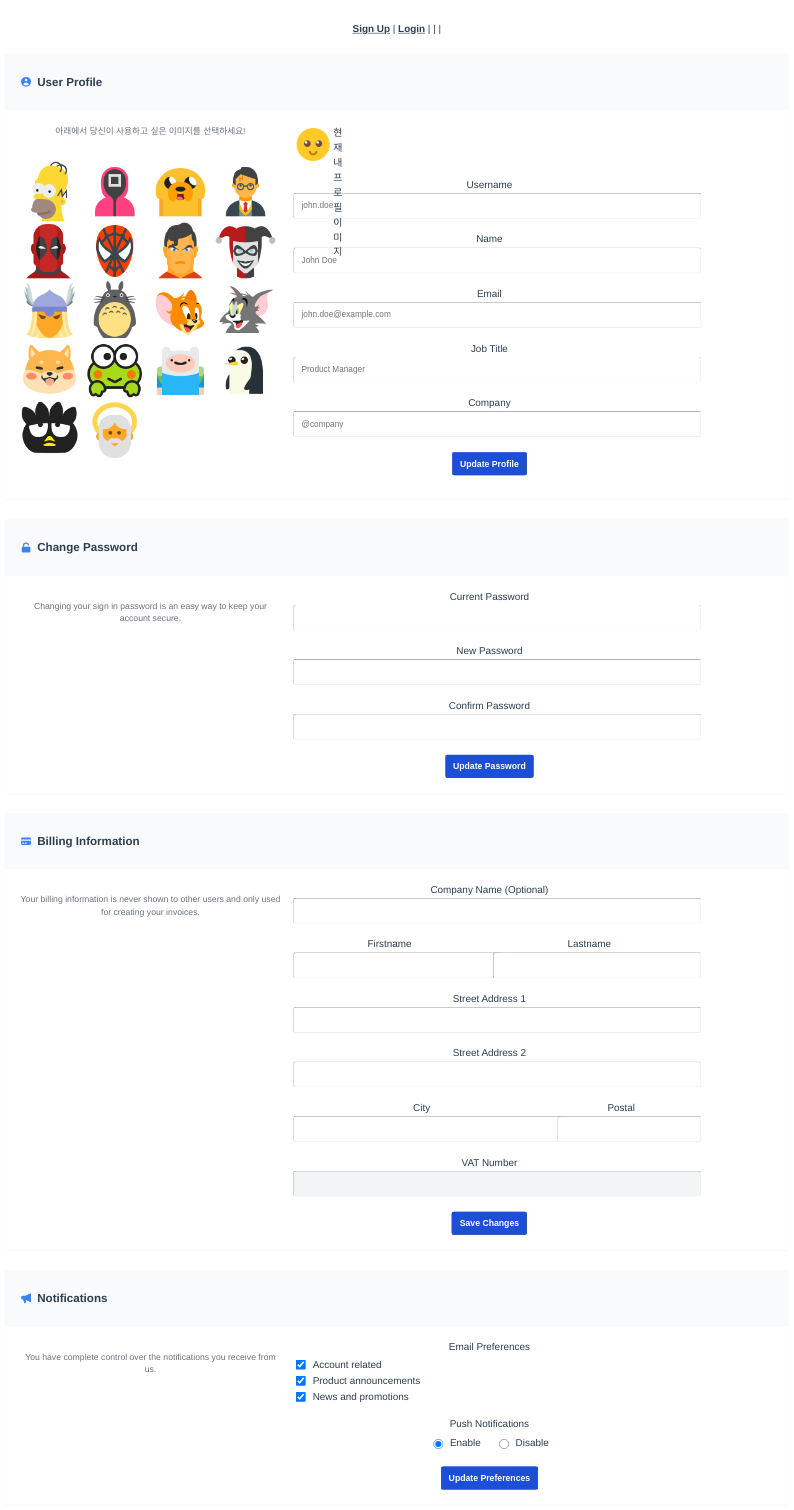
Repository: ryuwc/E_U
Page: /edit (app in final-pjt-front/)
These files come from the project's save history. The page is drawn as it stood at one moment and after the next save; the edit follows.
The browser window is 1280 px wide. The pictures show the whole page, at 62% of full size.
The project was rebuilt for these pictures with package versions that can differ from the ones it lists, and the page was loaded fresh each time. Also part of the build but not shown: final-pjt-front/vue.config.js.

Above is the page before, as saved 2022-11-17 16:54:40.

After the next save:
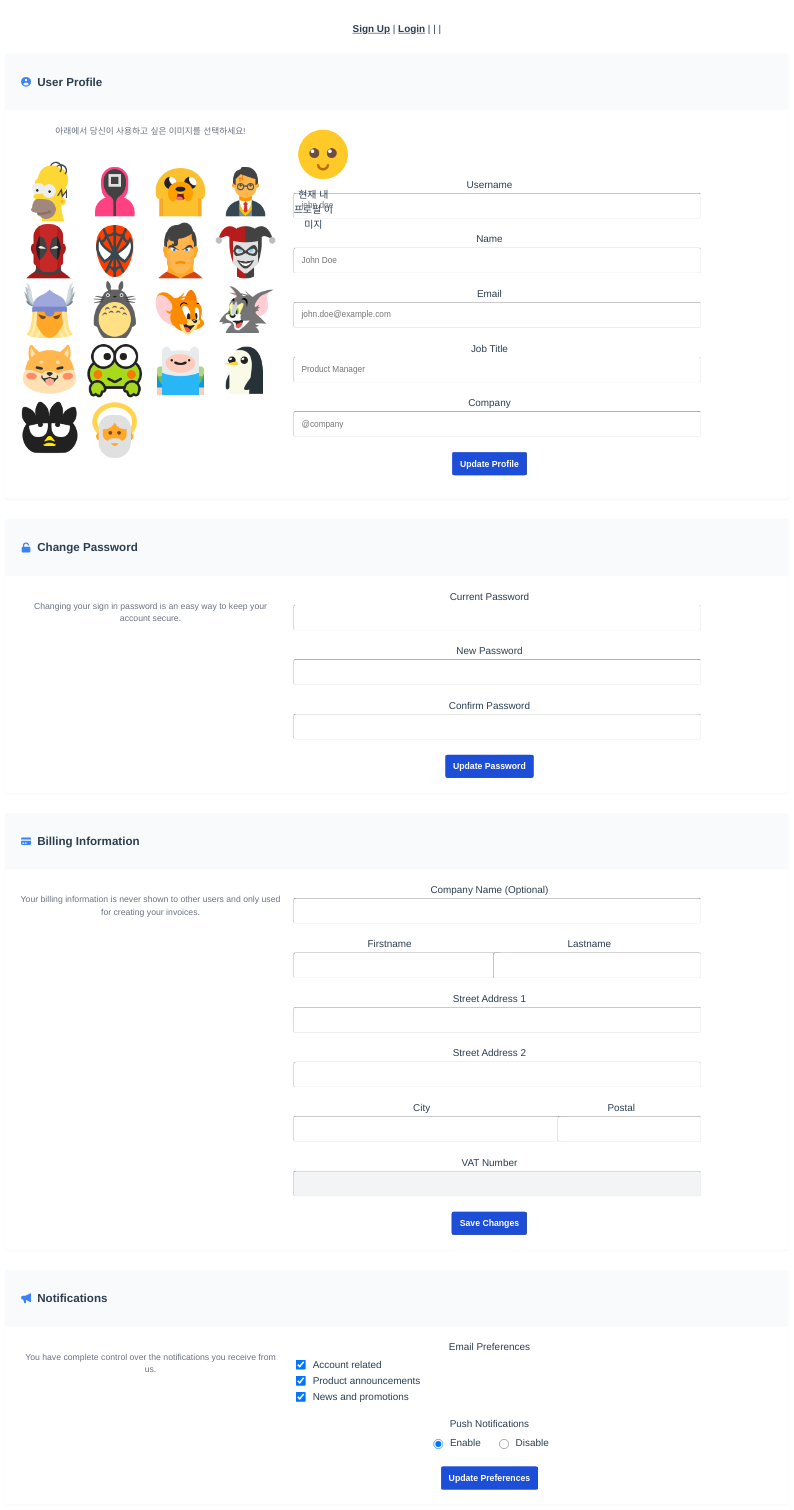
Saved 20 s later.
--- a/final-pjt-front/src/views/accounts/EditUserView.vue
+++ b/final-pjt-front/src/views/accounts/EditUserView.vue
@@ -41,7 +41,7 @@
         <form class="space-y-6 md:w-1/2">
           <div class="space-y-1">
             <div class="space-y-4 sm:flex sm:items-center sm:space-x-4 sm:space-y-0">
-              <div class="flex w-16 h-16 rounded-full">
+              <div class="w-16 h-16 rounded-full">
                 <img class="w-22 h-22" src="data:[embedded picture, 3218 characters]">
                 <div>현재 내 프로필 이미지</div>
                 <!-- <svg class="inline-block w-8 h-8 hi-solid hi-user" fill="currentColor" viewBox="0 0 20 20" xmlns="http://www.w3.org/2000/svg"><path fill-rule="evenodd" d="M10 9a3 3 0 100-6 3 3 0 000 6zm-7 9a7 7 0 1114 0H3z" clip-rule="evenodd"/></svg> -->

After the save that followed:
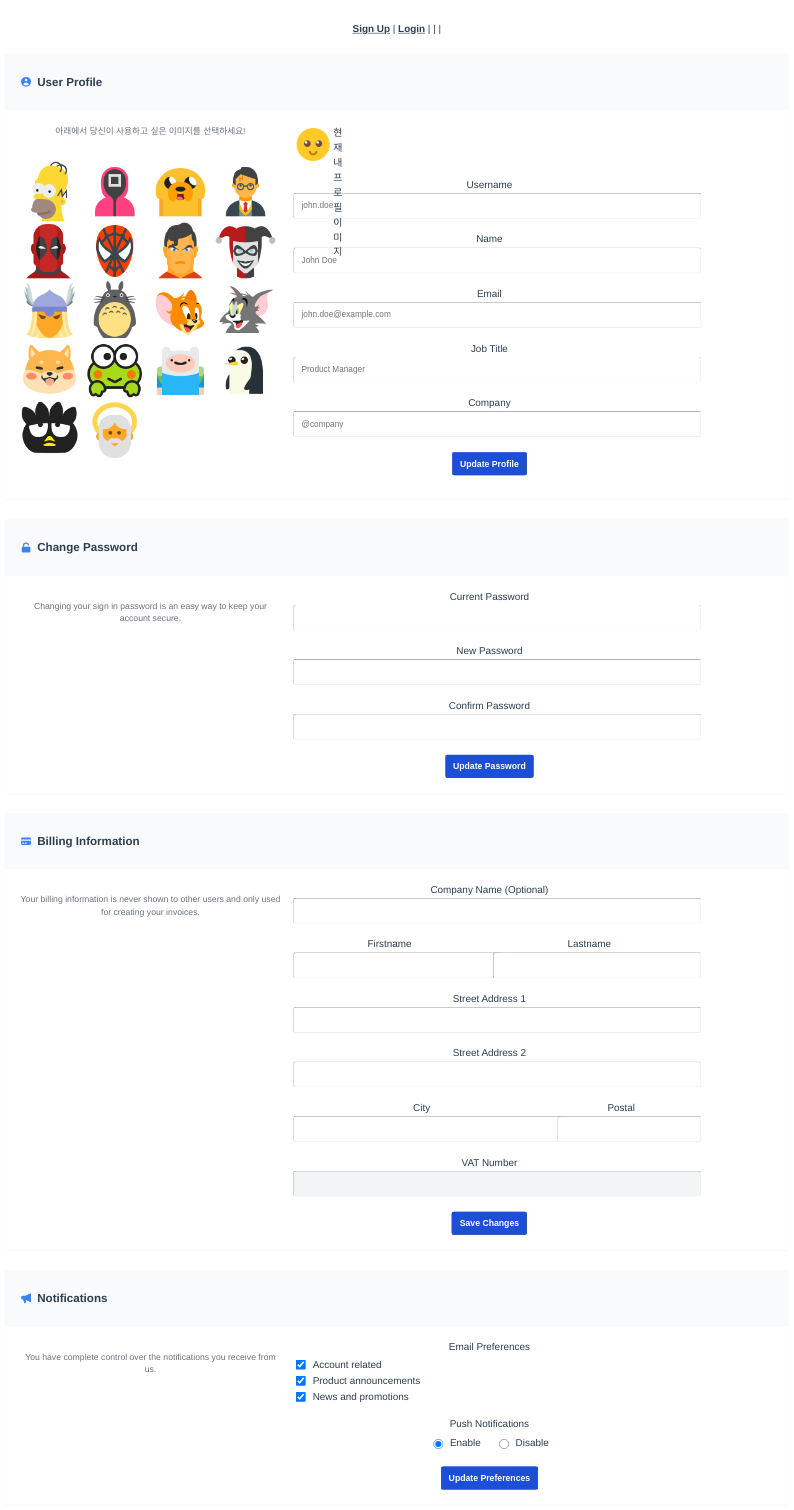
Saved 8 s later.
--- a/final-pjt-front/src/views/accounts/EditUserView.vue
+++ b/final-pjt-front/src/views/accounts/EditUserView.vue
@@ -41,7 +41,7 @@
         <form class="space-y-6 md:w-1/2">
           <div class="space-y-1">
             <div class="space-y-4 sm:flex sm:items-center sm:space-x-4 sm:space-y-0">
-              <div class="w-16 h-16 rounded-full">
+              <div class="flex w-16 h-16 rounded-full">
                 <img class="w-22 h-22" src="data:[embedded picture, 3218 characters]">
                 <div>현재 내 프로필 이미지</div>
                 <!-- <svg class="inline-block w-8 h-8 hi-solid hi-user" fill="currentColor" viewBox="0 0 20 20" xmlns="http://www.w3.org/2000/svg"><path fill-rule="evenodd" d="M10 9a3 3 0 100-6 3 3 0 000 6zm-7 9a7 7 0 1114 0H3z" clip-rule="evenodd"/></svg> -->
